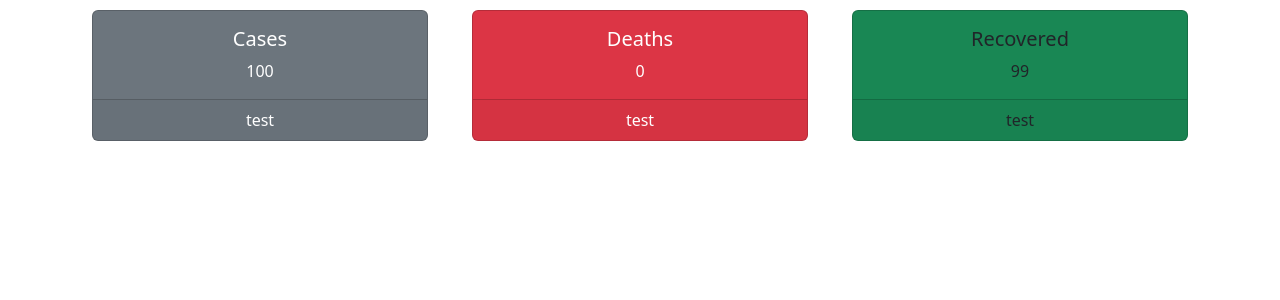
Repository: azizdeghais/CovidTracker
Page: /
The author's editor kept a copy of each file at every save. The page is drawn from the files as they stood at one save, then again after the next save.
The browser window is 1280 px wide. The pictures show the whole page.
The page's requests for data from a server got no answer. The project was rebuilt for these pictures with package versions that can differ from the ones it lists, and the page was loaded fresh each time. No one was signed in, and anything a server would have sent is missing. Also part of the build but not shown: vite.config.js.

Above is the page before, as saved 2023-03-09 15:53:42.

### src/main.jsx
import React from 'react'
import ReactDOM from 'react-dom/client'
import App from './App'
import 'bootstrap/dist/css/bootstrap.min.css';


ReactDOM.createRoot(document.getElementById('root')).render(
  <React.StrictMode>
    <App />
  </React.StrictMode>,
)

### src/App.jsx
import React, { useEffect } from 'react'
import axios from 'axios'
import Container from 'react-bootstrap/Container';
import Row from 'react-bootstrap/Row';
import Col from 'react-bootstrap/Col';
import Card from 'react-bootstrap/Card';



function App() {

  useEffect(()=>{
    axios
    .get('https://corona.lmao.ninja/v3/covid-19/all')
    .then(res=>{
      console.log(res.data)
    })
    .catch(err=>{
      console.log(err)
    })
  },[])


  return (
    <Container>
      <Row >
        <Col>
          <Card className='text-center' bg='secondary' text='white' style={{margin:'10px'}} >
            <Card.Body>
              <Card.Title>Cases</Card.Title>
              <Card.Text>
                100
              </Card.Text>
            </Card.Body>
            <Card.Footer>
              test
            </Card.Footer>
          </Card>
        </Col>
        <Col>
          <Card className='text-center' bg='danger' text='white' style={{margin:'10px'}}>
            <Card.Body>
              <Card.Title>Deaths</Card.Title>
              <Card.Text>
                0
              </Card.Text>
            </Card.Body>
            <Card.Footer>
              test
            </Card.Footer>
          </Card>
        </Col>
        <Col>
          <Card className='text-center' bg='success' style={{margin:'10px'}} >
            <Card.Body>
              <Card.Title>Recovered</Card.Title>
              <Card.Text>
               99
              </Card.Text>
            </Card.Body>
            <Card.Footer>
              test
            </Card.Footer>
          </Card>
        </Col>
      </Row>
    </Container>
  )
}

export default App

Loaded but not shown: index.html (common file)

After the next save:
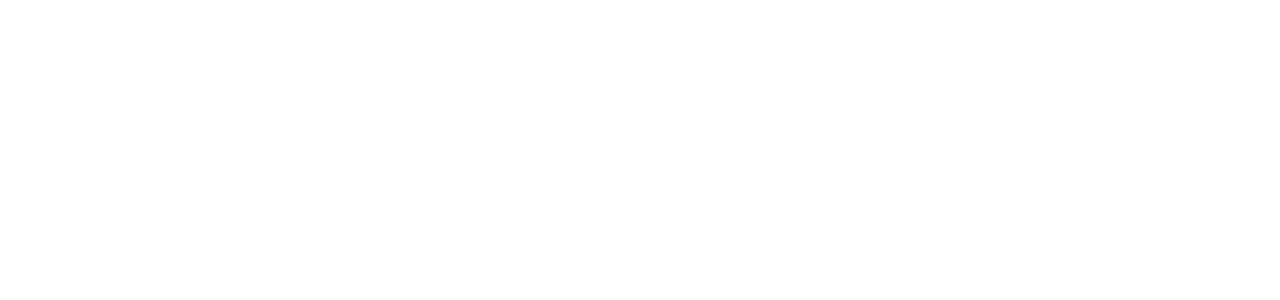
Console error: ReferenceError: useState is not defined
Saved 24 s later.
--- a/src/App.jsx
+++ b/src/App.jsx
@@ -8,6 +8,8 @@
 
 
 function App() {
+
+  const [latest,setLatest]=useState('')
 
   useEffect(()=>{
     axios

After the 2 saves that followed:
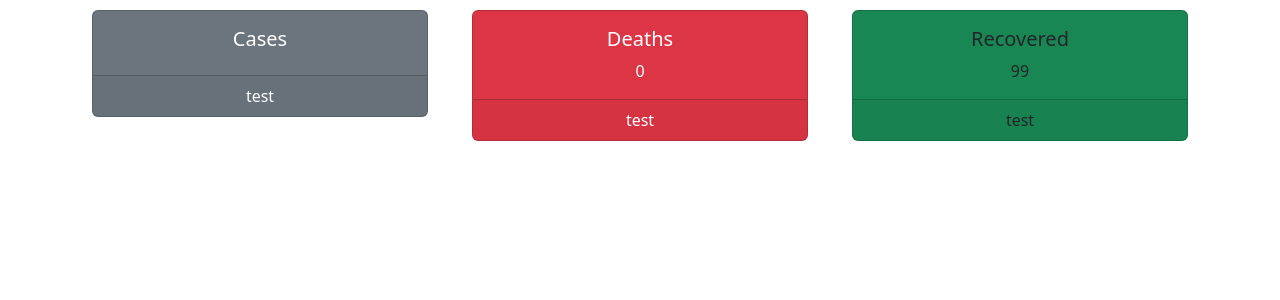
The error is gone.
The 2 saves are shown as one change because 1 left the picture as it was.
The last was saved 84 s later.
--- a/src/App.jsx
+++ b/src/App.jsx
@@ -1,4 +1,4 @@
-import React, { useEffect } from 'react'
+import React, { useEffect,useState } from 'react'
 import axios from 'axios'
 import Container from 'react-bootstrap/Container';
 import Row from 'react-bootstrap/Row';
@@ -9,13 +9,13 @@
 
 function App() {
 
-  const [latest,setLatest]=useState('')
+  const [latest,setLatest]=useState("")
 
   useEffect(()=>{
     axios
     .get('https://corona.lmao.ninja/v3/covid-19/all')
     .then(res=>{
-      console.log(res.data)
+           setLatest(res.data)
     })
     .catch(err=>{
       console.log(err)
@@ -31,7 +31,7 @@
             <Card.Body>
               <Card.Title>Cases</Card.Title>
               <Card.Text>
-                100
+                {latest.cases}
               </Card.Text>
             </Card.Body>
             <Card.Footer>
